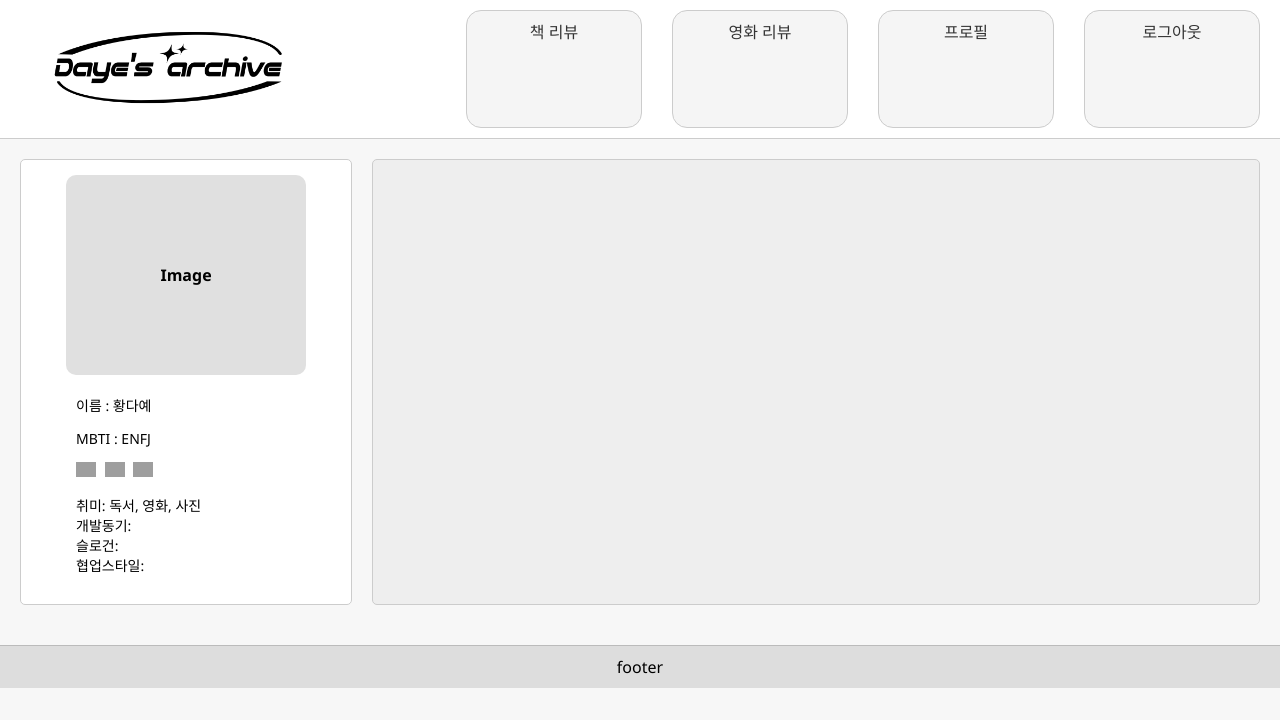
Repository: HWANG-DAYE/spring_project
Page: http://localhost/daye_archive/WEB-INF/views/main.jsp
An editor plug-in stored every save of this project. The page is shown before and after the next save, followed by the edit.
The browser window is 1280 px wide. The pictures show the whole page.
Pictures or frames that could not be fetched are drawn as grey boxes. The page is served by Tomcat 9. Nobody is signed in. Other server files are loaded and not shown. The template is opened directly, without the code that normally fills it, so the values that code supplies are empty.

Above is the page before, as saved 2025-08-06 06:15:44.

### daye_archive/src/main/webapp/WEB-INF/views/main.jsp
<%@ page language="java" contentType="text/html; charset=UTF-8"
	pageEncoding="UTF-8"%>
<%@ taglib uri="http://java.sun.com/jsp/jstl/core" prefix="c"%>
<!DOCTYPE html>
<html lang="ko">
<head>
<meta charset="UTF-8">
<title>메인 페이지</title>
<style>
body {
	margin: 10px;
	font-family: 'Segoe UI', Tahoma, Geneva, Verdana, sans-serif;
	background-color: #f7f7f7;
}

header {
	display: flex;
	justify-content: space-between;
	align-items: center;
	padding: 10px 20px;
	background-color: #ffffff;
	border-bottom: 1px solid #ccc;
}


.container {
	display: flex;
	padding: 20px;
}

.profile {
	width: 300px;
	background-color: #fff;
	border: 1px solid #ccc;
	padding: 15px;
	border-radius: 5px;
	margin-right: 20px;
	text-align: center;
	align-items: center;
}

.profile .image-box {
	width: 80%;
	height: 200px;
	background-color: #e0e0e0;
	border-radius: 10px;
	margin: 0 auto 10px; /* 가운데 정렬을 위해 수정 */
	display: flex;
	justify-content: center;
	align-items: center;
	font-weight: bold;
}

.profile .info {
	text-align: left;
	font-size: 14px;
	margin-top: 20px;
	margin-left: 40px;
}

.profile .sns {
	margin: 8px 0;
}

.profile .sns img {
	width: 20px;
	margin-right: 5px;
}

.content {
	flex: 1;
	background-color: #eeeeee;
	border: 1px solid #ccc;
	border-radius: 5px;
	min-height: 400px;
}

footer {
	text-align: center;
	padding: 10px;
	background-color: #ddd;
	border-top: 1px solid #bbb;
	margin-top: 20px;
}
</style>
</head>
<body>

	<header>
		<jsp:include page="navi.jsp" />
	</header>

	<div class="container">
		<div class="profile">
			<div class="image-box">Image</div>
			<div class="info">
				<p>이름 : 황다예</p>
				<p>MBTI : ENFJ</p>
				<div class="sns">
					<img src="img/github.png" alt="GitHub"> <img
						src="img/velog.png" alt="Velog"> <img src="img/notion.png"
						alt="Notion">
				</div>
				<p>
					취미: 독서, 영화, 사진<br> 개발동기: <br> 슬로건: <br> 협업스타일:
				</p>
			</div>
		</div>

		<div class="content">
			<!-- 중앙 컨텐츠 영역 -->
		</div>
	</div>

	<footer> footer </footer>

</body>
</html>

### daye_archive/src/main/webapp/WEB-INF/views/navi.jsp
<%@ page language="java" contentType="text/html; charset=UTF-8"
	pageEncoding="UTF-8"%>
<!DOCTYPE html>
<html>
<head>
<meta charset="UTF-8">
<title>Insert title here</title>
<style>
body {
	margin: 0;
	font-family: 'Segoe UI', Tahoma, Geneva, Verdana, sans-serif;
	background-color: #f7f7f7;
}

header {
	display: flex;
	align-items: center;
	padding: 10px 20px;
	background-color: #ffffff;
	border-bottom: 1px solid #ccc;
}

.logo-img {
	height: 80px;
	padding: 15px 30px;
	object-fit: contain;
}

.container {
	display: flex;
	padding: 20px;
}

.nav-links {
	display: flex;
	gap: 30px;
	justify-content: flex-start;
}

.nav-links a {
	width: 150px;
	height: 100px;
	text-decoration: none;
	text-align: center;
	color: #333;
	padding: 8px 12px;
	border-radius: 15px;
	border: 1px solid #ccc;
	background-color: #f5f5f5;
	transition: background-color 0.2s;
	display: flex;
	align-items: left;
	justify-content: center;
}

.nav-links a:hover {
	background-color: #e0e0e0;
}
</style>
</head>
<body>
	<!-- navi.jsp -->
	<div class="logo">
		<a href="main.jsp"> <img
			src="${pageContext.request.contextPath}/resources/images/logo1.png"
			alt="Logo" class="logo-img">
		</a>
	</div>

	<nav class="nav-links">
		<a href="bookList.jsp">책 리뷰</a>
		<a href="movieList.jsp">영화 리뷰</a>
		<a href="profile.jsp">프로필</a>
		<a href="logout.jsp">로그아웃</a>
	</nav>


</body>
</html>

After the next save:
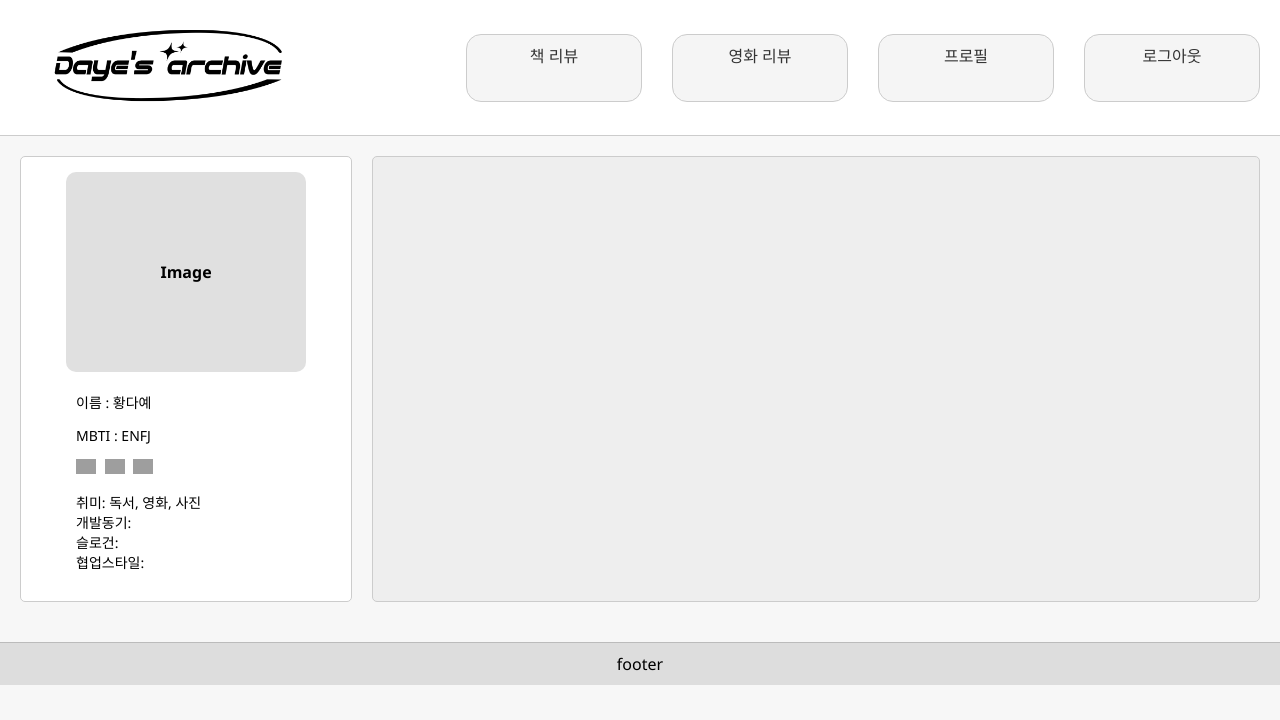
Saved 14 s later.
--- a/daye_archive/src/main/webapp/WEB-INF/views/navi.jsp
+++ b/daye_archive/src/main/webapp/WEB-INF/views/navi.jsp
@@ -39,7 +39,7 @@ header {
 
 .nav-links a {
 	width: 150px;
-	height: 100px;
+	height: 50px;
 	text-decoration: none;
 	text-align: center;
 	color: #333;
